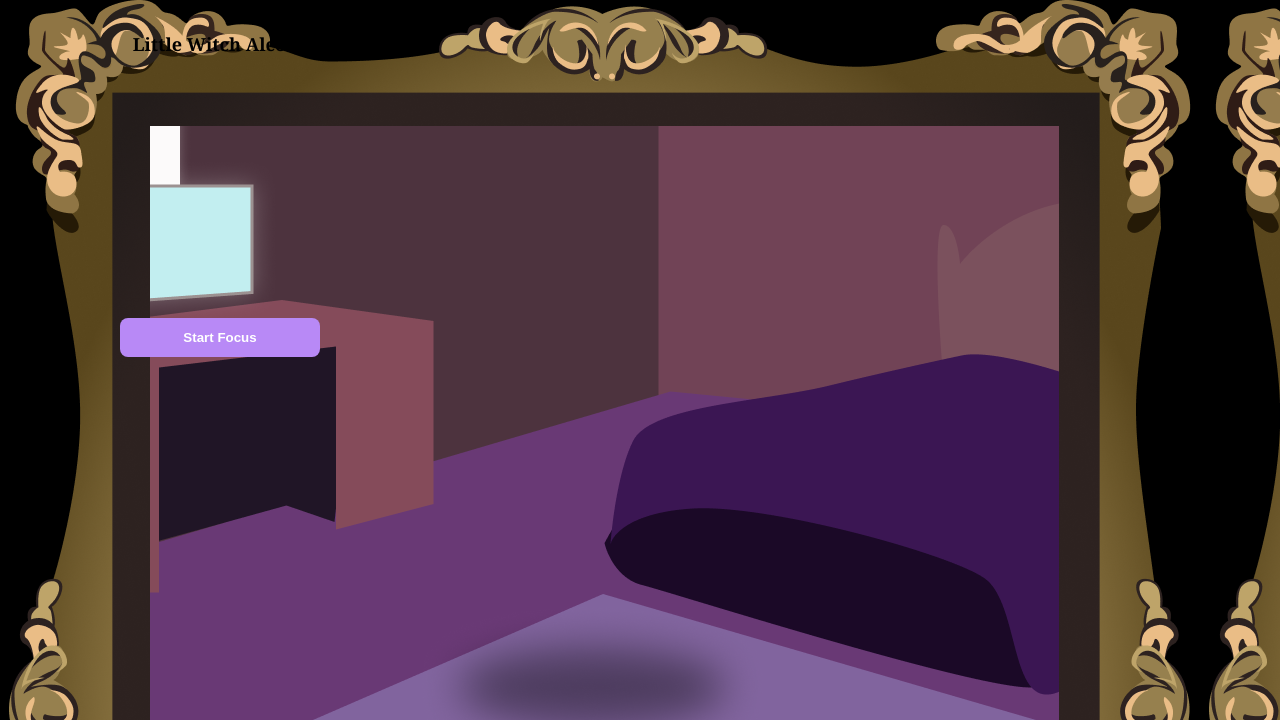
Repository: zhangolivia7/Little-Witch-Alcove
Page: popup.html
The author's editor kept a copy of each file at every save. The page is drawn from the files as they stood at one save, then again after the next save.
The browser window is 1280 px wide. The pictures show the whole page.

Above is the page before, as saved 2025-11-15 15:49:58.

After the next save:
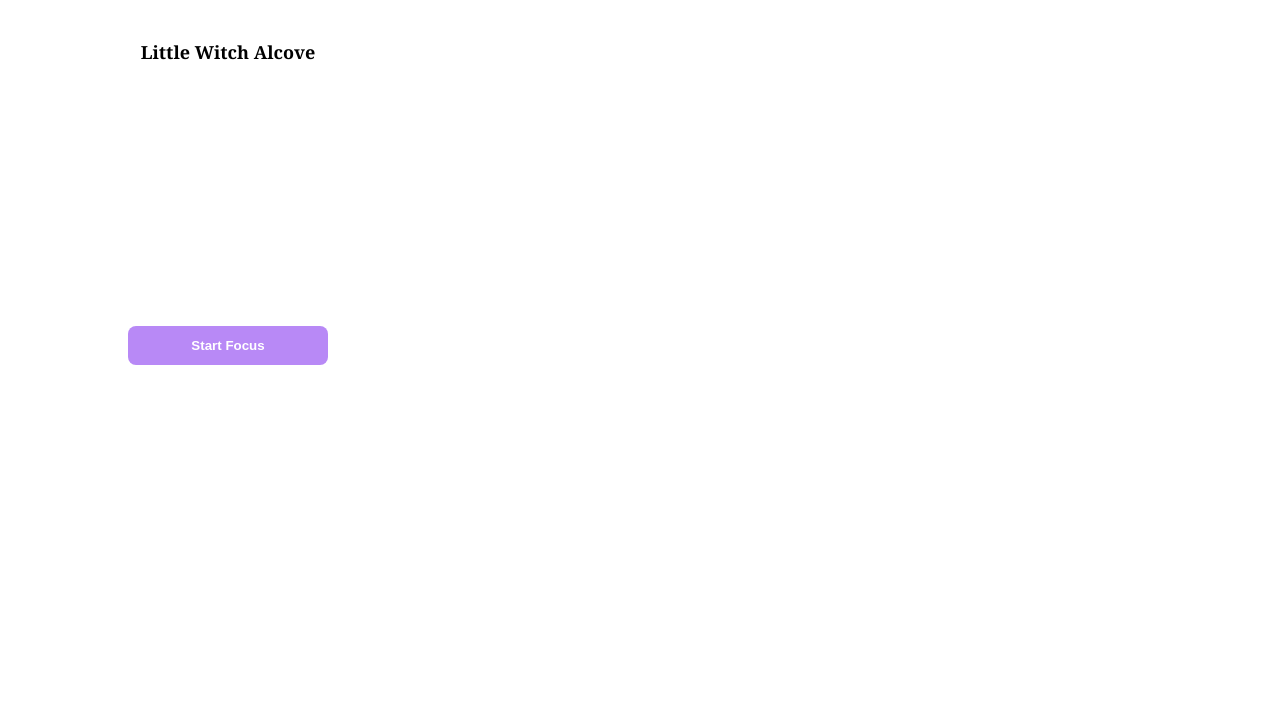
Not found: Assets/No UI (2).png
Saved 25 s later.
--- a/popup.css
+++ b/popup.css
@@ -1,9 +1,8 @@
 body {
     width: 400px;
     height: 500px;
-    background: url("Assets/No UI.png");
-    background-color: black;
-    margin: 0;
+    background: url("Assets/No UI (2).png") no-repeat center center;
+    background-size: cover;
     padding: 20px;
     font-family: "Georgia", serif;
   }
